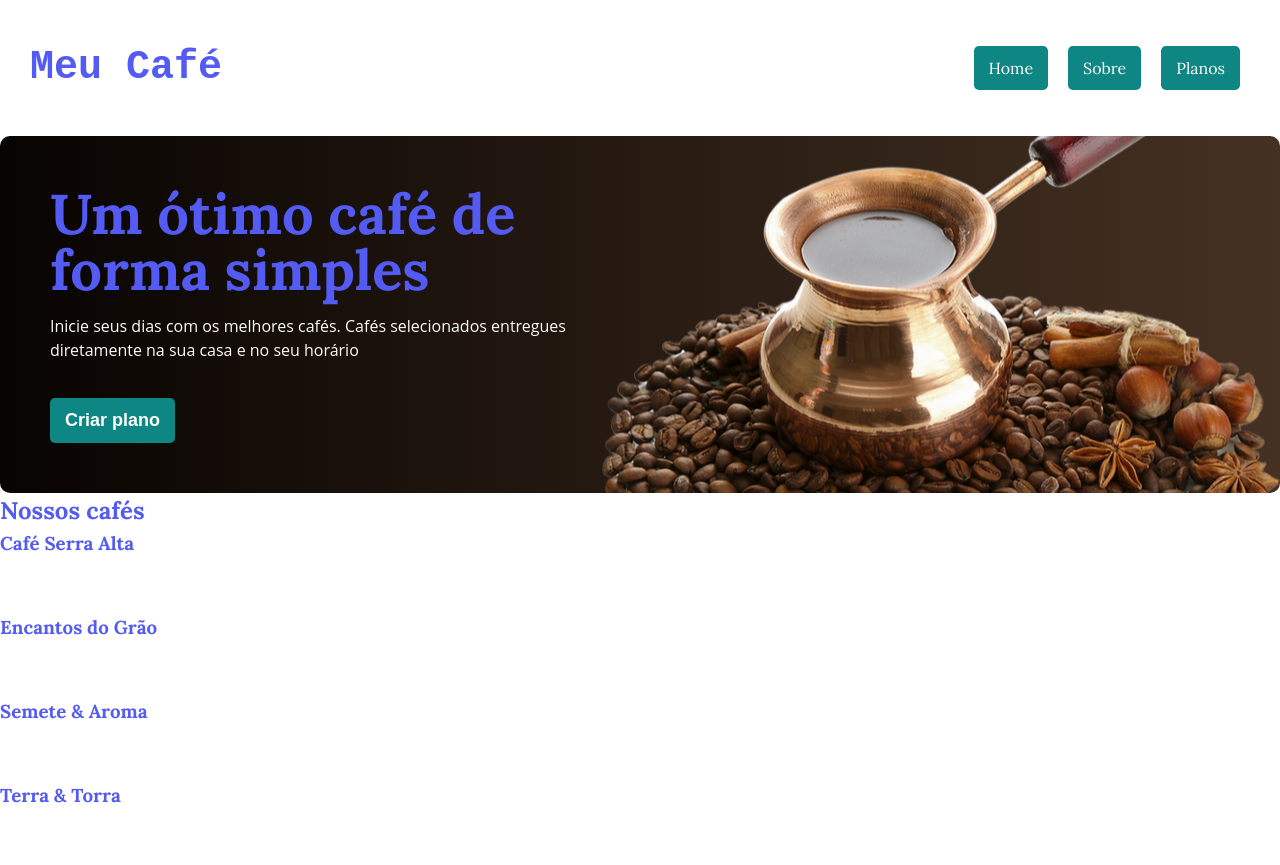
Repository: meiotera/meu_cafe.dev
Page: /
The author's editor kept a copy of each file at every save. The page is drawn from the files as they stood at one save, then again after the next save.
The browser window is 1280 px wide. The pictures show the whole page.
The project was rebuilt for these pictures with package versions that can differ from the ones it lists, and the page was loaded fresh each time. Also part of the build but not shown: vite.config.js, src/Pages/Home.module.css, src/Pages/AboutUs.jsx, src/Pages/YourPlane.jsx.

Above is the page before, as saved 2025-04-03 13:33:04.

### src/index.css
@import url('https://fonts.googleapis.com/css2?family=Lora:wght@400;700&display=swap');

:root {
  font-family: 'Lora', sans-serif;
  line-height: 1.5;
  font-weight: 400;
  box-sizing: border-box; /* Mantido */

  color: rgba(255, 255, 255, 0.87);

  font-synthesis: none;
  text-rendering: optimizeLegibility;
  -webkit-font-smoothing: antialiased;
  -moz-osx-font-smoothing: grayscale;
}

a {
  font-weight: 500;
  color: #646cff;
  text-decoration: inherit;
}
a:hover {
  color: #535bf2;
}

h1,
h2,
h3 {
  font-family: 'Lora', sans-serif;
  color: #535bf2;
  margin: 0; /* Removido o margin */
}

p {
  font-family: 'Open Sans', sans-serif;
}

body {
  max-width: 1280px;
  margin: 0 auto;
}

### src/App.jsx
import React from 'react';
import { BrowserRouter, Routes, Route } from 'react-router-dom';

import Home from './Pages/Home';
import AboutUs from './Pages/AboutUs';
import YourPlane from './Pages/YourPlane';

import Header from './components/Header/Header';
import Main from './components/Main/Main';

function App() {
  return (
    <>
      <BrowserRouter>
        <Header />

        <Main>
          <Routes>
            <Route path="/" element={<Home />} />
            <Route path="/sobre" element={<AboutUs />} />
            <Route path="planos" element={<YourPlane />} />
          </Routes>
        </Main>
      </BrowserRouter>
    </>
  );
}

export default App;

### src/Pages/Home.jsx
import React from 'react';
import Main from '../components/Main/Main';
import Banner from '../components/Banner/Banner';

import styles from './Home.module.css';

const Home = () => {
  return (
    <>
      <Banner
        titulo={'Um ótimo café de forma simples'}
        imagem={'artesanal'}
        texto={
          'Inicie seus dias com os melhores cafés. Cafés selecionados entregues diretamente na sua casa e no seu horário'
        }
        botao={'Criar plano'}
      />

      <section className="collection">
        <div className={styles.titulo}>
          <h2>Nossos cafés</h2>
        </div>

        <div className="conllectionContainer">
          <div className="cafe">
            <h3>Café Serra Alta</h3>
            <p>
              Inspirado em regiões montanhosas, perfeito pra remeter a grãos
              especiais cultivados em altitudes elevadas.
            </p>
          </div>

          <div className="cafe">
            <h3>Encantos do Grão</h3>
            <p>
              Nome poético que destaca o carinho no preparo e a qualidade do
              café.
            </p>
          </div>

          <div className="cafe">
            <h3>Semete & Aroma</h3>
            <p>
              Elegante e moderno, une a origem (semente) ao resultado (aroma.)
            </p>
          </div>

          <div className="cafe">
            <h3>Terra & Torra</h3>
            <p>
              Rústico e direto, transmite a conexão com o solo e o processo
              artesanal de torra.
            </p>
          </div>
        </div>
      </section>
    </>
  );
};

export default Home;

### src/components/Header/Header.jsx
import React from 'react';

import styles from './Header.module.css';
import NavBar from '../NavBar/NavBar';
import Banner from '../Banner/Banner';

const Header = () => {
  return (
    <header className={styles.header}>
      <h1 className={styles.titulo}>Meu Café</h1>

      <NavBar />
    </header>
  );
};

export default Header;

### src/components/Main/Main.jsx
import React from 'react';

const Main = ({ children }) => {
  return <main>{children}</main>;
};

export default Main;

### src/components/Banner/Banner.jsx
import React from 'react';

import styles from './Banner.module.css';

const Banner = ({ titulo, texto, botao }) => {
  return (
    <div className={styles.banner}>
      <div className={styles.containerText}>
        <h2>{titulo}</h2>

        <p>{texto}</p>
        {botao && <button className={styles.button}>{botao}</button>}
      </div>
    </div>
  );
};

export default Banner;

### src/components/Header/Header.module.css
.header {
  height: max-content;
  color: rgba(50, 49, 49, 0.93);

  padding: 30px;
  display: flex;
  flex-wrap: wrap;
  justify-content: center;
  align-items: center;
}

.titulo {
  font-size: 2.5em;
  font-family: 'Courier New', Courier, monospace;
  font-weight: bold;
}

@media screen and (min-width: 548px) {
  .header {
    justify-content: space-between;
  }
}

### src/components/NavBar/NavBar.jsx
import React from 'react';
import { NavLink } from 'react-router-dom';

import styles from './NavBar.module.css';

const NavBar = () => {
  return (
    <nav className={styles.navbar}>
      <ul>
        <li>
          <NavLink to={'/'}>Home</NavLink>
        </li>
        <li>
          <NavLink to={'/sobre'}>Sobre</NavLink>
        </li>
        <li>
          <NavLink to={'/planos'}> Planos</NavLink>
        </li>
      </ul>
    </nav>
  );
};
export default NavBar;

### src/components/Banner/Banner.module.css
.banner {
  background-image: url('../../../public/img/artesanal.png'),
    linear-gradient(to left, #453122, #080402);

  background-repeat: no-repeat;
  background-position: right;
  display: flex;

  justify-content: space-between;
  align-items: center;
  padding: 30px 50px;
  border-radius: 10px;
}

.containerText {
  color: #fefcf7;
  max-width: 50%;
  padding: 20px 0;
}

.containerText h2 {
  font-size: 3.5em;
  line-height: 1;
}

.button {
  border: none;
  background-color: #0e8784;
  border-radius: 5px;
  padding: 12px 15px;
  color: #fefcf7;
  font-weight: bold;
  font-size: 18px;
  cursor: pointer;
  margin-top: 20px;
  transition: ease-in-out 0.2s;
}

.button:hover {
  background-color: #189b99;
}

@media screen and (max-width: 820px) {
  .containerText {
    max-width: 500px;
  }
}

### src/components/NavBar/NavBar.module.css
.navbar ul {
  display: flex;
  padding: 0;
  justify-content: space-between;
}

.navbar li {
  list-style: none;
  margin: 10px;
}

.navbar a {
  padding: 12px 15px;
  background-color: #0e8784;
  border-radius: 5px;
  color: #fefcf7;
}

.navbar a:hover {
  background-color: #189b99;
}

Loaded but not shown: index.html (common file); src/main.jsx (common file)

After the next save:
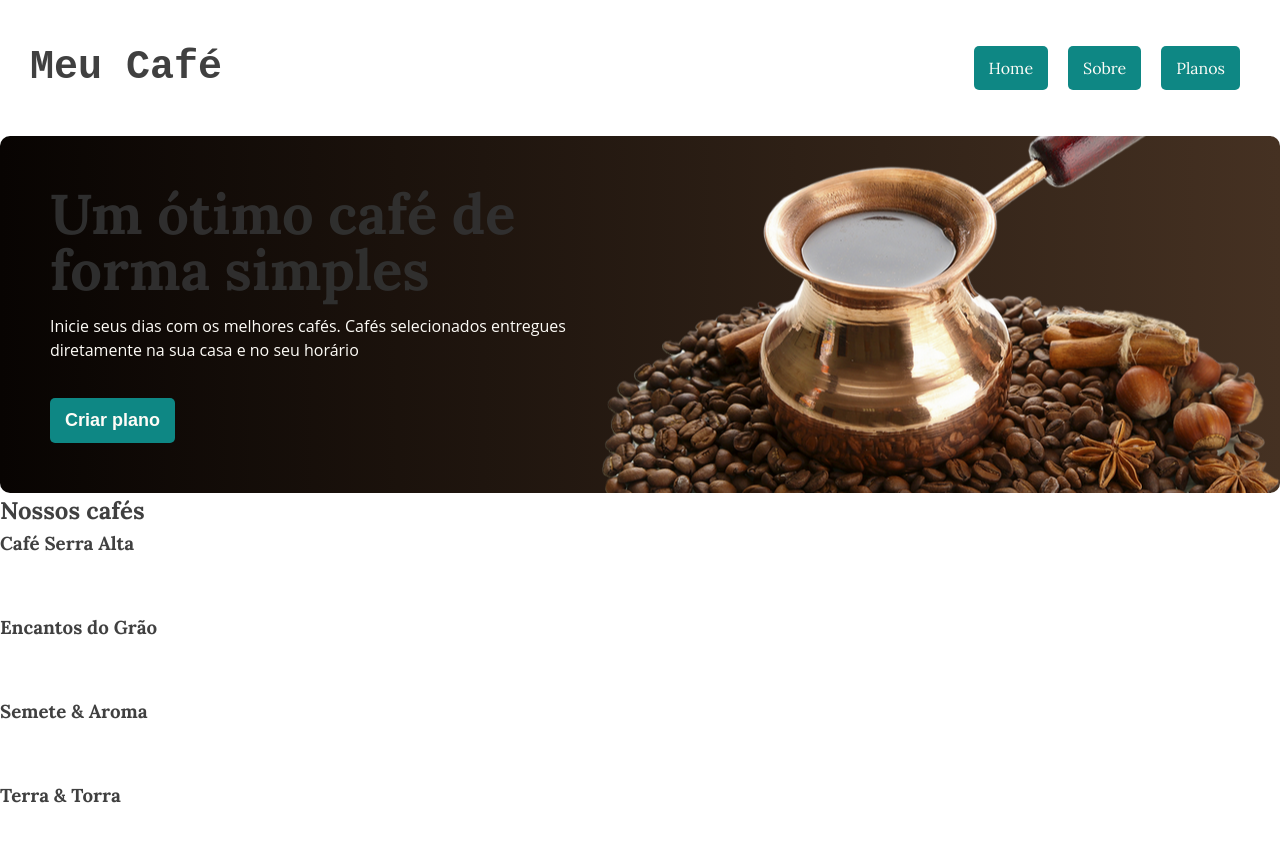
Saved 35 s later.
--- a/src/index.css
+++ b/src/index.css
@@ -27,7 +27,7 @@ h1,
 h2,
 h3 {
   font-family: 'Lora', sans-serif;
-  color: #535bf2;
+  color: rgba(50, 49, 49, 0.93);
   margin: 0; /* Removido o margin */
 }
 
